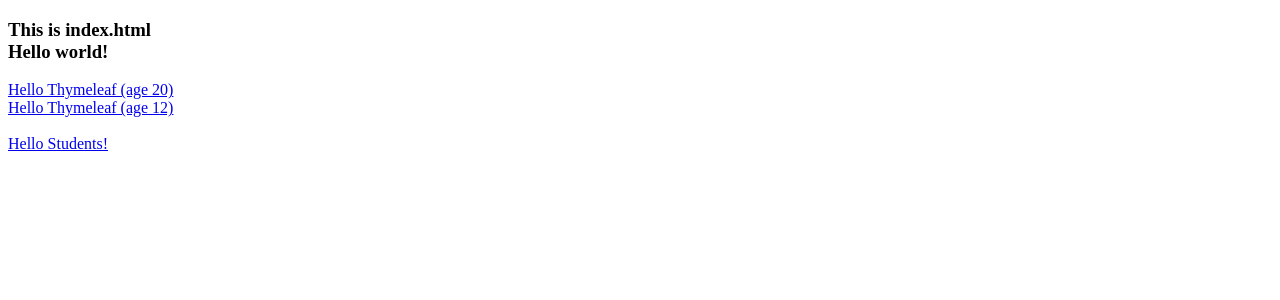
Repository: LiljestromNadja/BackendProgramming_SOF003AS3A-3009
Page: http://localhost/index
An editor plug-in stored every save of this project. The page is shown before and after the next save, followed by the edit.
The browser window is 1280 px wide. The pictures show the whole page.
The page is this project's Thymeleaf template; nobody is signed in. The template is opened directly, without the code that normally fills it, so the values that code supplies are empty.

Above is the page before, as saved 2023-09-05 18:50:46.

### week2/src/main/resources/templates/index.html
<!DOCTYPE html>
<html xmlns:th="http://www.thymeleaf.org">
<head>
<meta http-equiv="Content-Type" content="text/html" charset="UTF-8" />
<title>Index</title>
</head>
<body>

	<!-- etusivu-->
	<h3>This is index.html </br>
	Hello world!</h3>

	<a href="http://localhost:8080/hellothyme?name=John&age=20">Hello Thymeleaf (age 20)</a> </br>
	<a href="http://localhost:8080/hellothyme?name=John&age=12">Hello Thymeleaf (age 12)</a> </br>
	</br>
	<a href="http://localhost:8080/hellostudent">Hello Students!</a> </br>




</body>
</html>

After the next save:
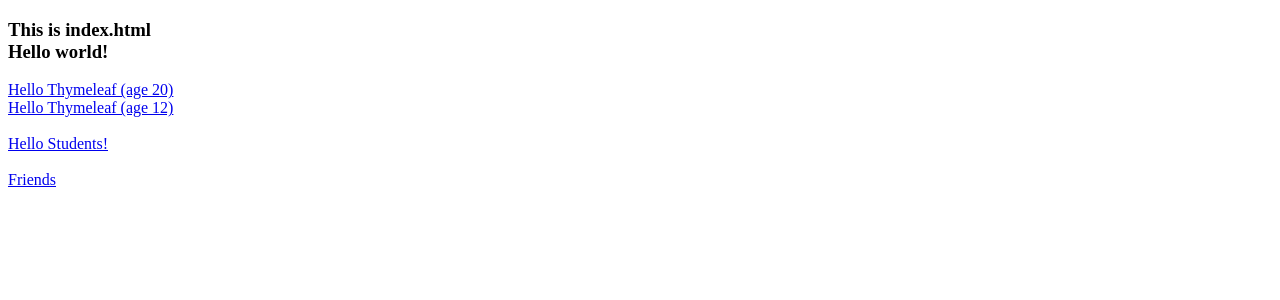
Saved 39 s later.
--- a/week2/src/main/resources/templates/index.html
+++ b/week2/src/main/resources/templates/index.html
@@ -14,6 +14,9 @@
 	<a href="http://localhost:8080/hellothyme?name=John&age=12">Hello Thymeleaf (age 12)</a> </br>
 	</br>
 	<a href="http://localhost:8080/hellostudent">Hello Students!</a> </br>
+	</br>
+	<a href="http://localhost:8080/hellostudent">Friends</a> </br>
+
 
 
 
